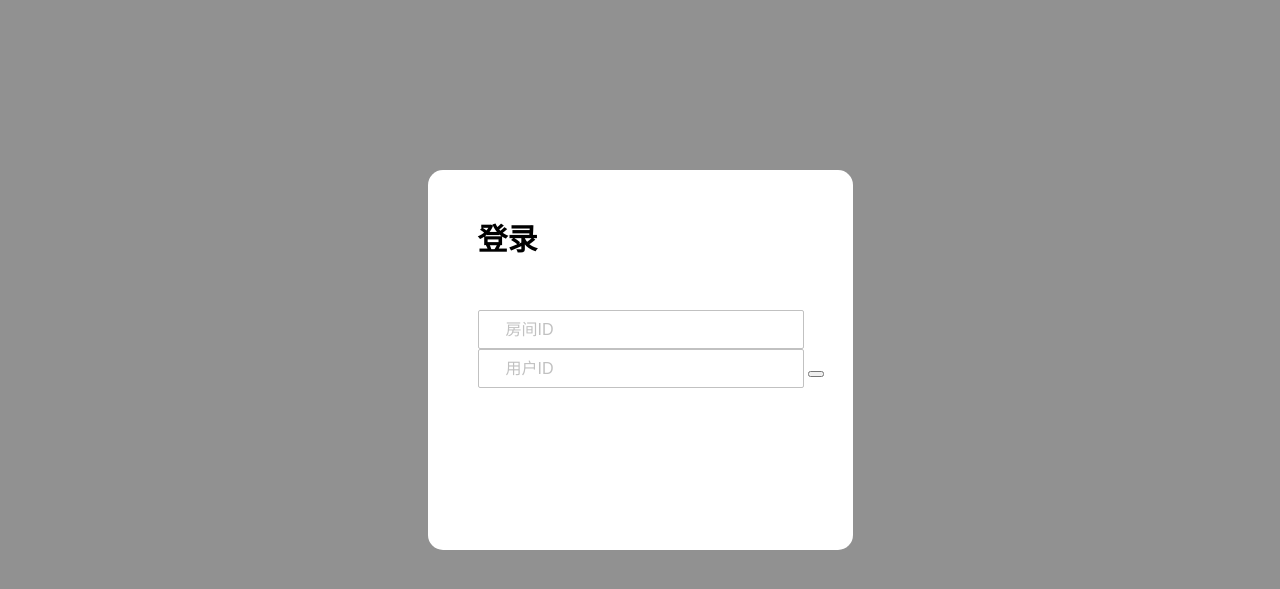
Repository: sjtu-course/homework
Page: GongZening/Week2/Web/LoginPage.html
The author's editor kept a copy of each file at every save. The page is drawn from the files as they stood at one save, then again after the next save.
The browser window is 1280 px wide. The pictures show the whole page.

Above is the page before, as saved 2020-11-07 17:13:13.

After the next save:
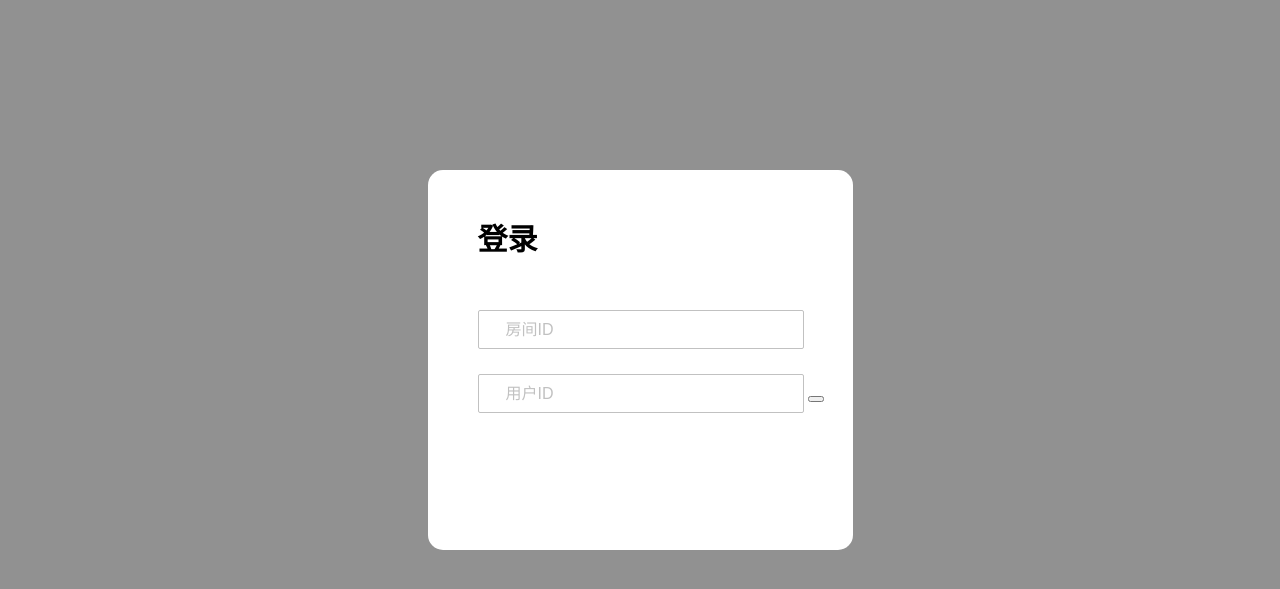
Saved 2 min 7 s later.
--- a/GongZening/Week2/Web/LoginPage.html
+++ b/GongZening/Week2/Web/LoginPage.html
@@ -19,8 +19,8 @@
         <div id="round_rect">
             <h1 id="login">登录</h1>
             <input type="text" class="edit_text" placeholder="房间ID" style="margin-top: 45px;">
-            <input type="text" class="edit_text" placeholder="用户ID" >
-            <button ></button>
+            <input type="text" class="edit_text" placeholder="用户ID" style="margin-top: 25px;">
+            <button type="button"></button>
         </div>
     </body>
 </html>
